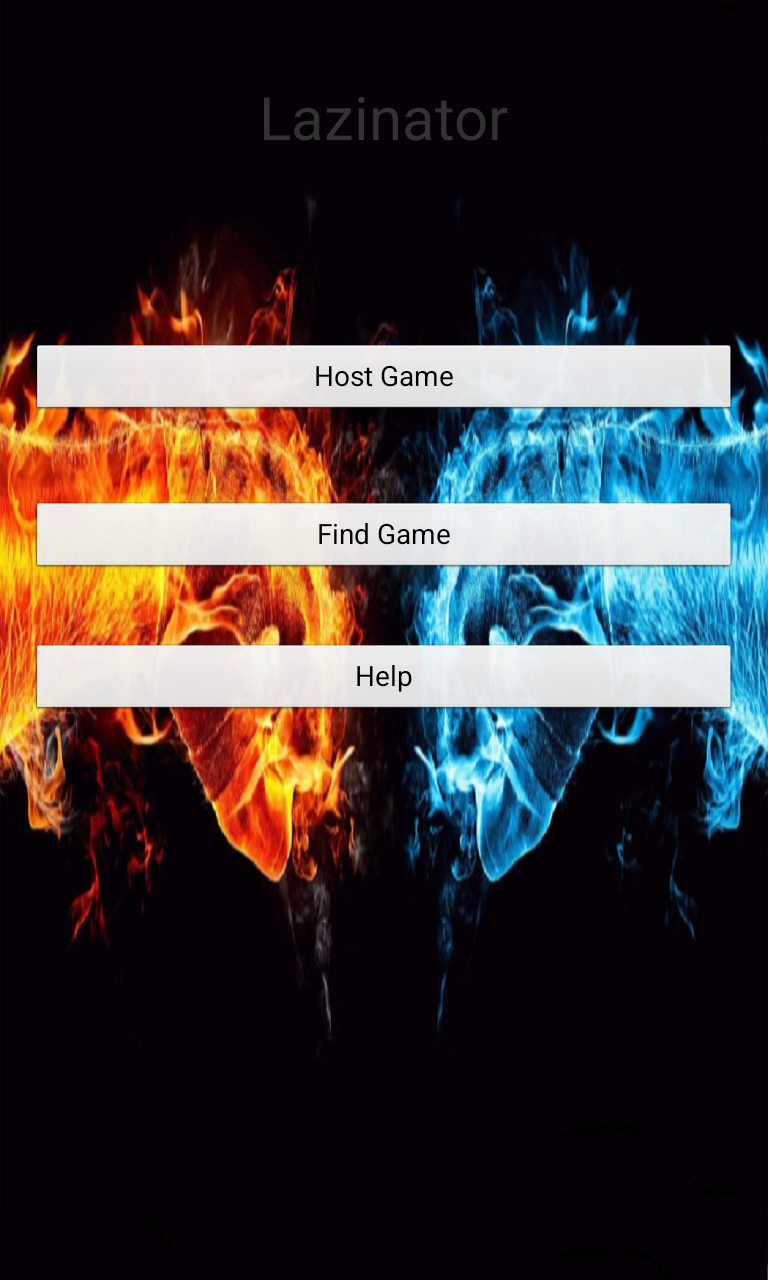
Repository: mfischetti/LaserAppRepository
Layout: workspace/Laser/res/layout/activity_main.xml
The author's editor kept a copy of each file at every save. The layout is drawn from the files as they stood at one save, then again after the next save.
It is drawn on a 768 x 1280 px phone screen (xhdpi) without system bars, with theme AppTheme; the app's code is not run.

Above is the layout before, as saved 2013-10-01 04:08:19.

### workspace/Laser/res/layout/activity_main.xml
<RelativeLayout xmlns:android="http://schemas.android.com/apk/res/android"
    xmlns:tools="http://schemas.android.com/tools"
    android:layout_width="wrap_content"
    android:layout_height="wrap_content"
    android:background="@drawable/homescreenbackground"
    android:paddingBottom="@dimen/activity_vertical_margin"
    android:paddingLeft="@dimen/activity_horizontal_margin"
    android:paddingRight="@dimen/activity_horizontal_margin"
    android:paddingTop="@dimen/activity_vertical_margin"
    tools:context=".MainActivity" >

    <Button
        android:id="@+id/find"
        style="?android:attr/buttonStyleSmall"
        android:layout_width="match_parent"
        android:layout_height="wrap_content"
        android:layout_alignLeft="@+id/host"
        android:layout_below="@+id/host"
        android:layout_marginTop="43dp"
        android:text="Find Game" />

    <Button
        android:id="@+id/host"
        style="?android:attr/buttonStyleSmall"
        android:layout_width="match_parent"
        android:layout_height="wrap_content"
        android:layout_alignParentTop="true"
        android:layout_centerHorizontal="true"
        android:layout_marginTop="156dp"
        android:text="Host Game" />

    <TextView
        android:id="@+id/title"
        android:layout_width="wrap_content"
        android:layout_height="wrap_content"
        android:layout_alignParentTop="true"
        android:layout_centerHorizontal="true"
        android:layout_marginTop="22dp"
        android:text="Lazinator"
        android:textSize="30sp" />

    <Button
        android:id="@+id/help"
        style="?android:attr/buttonStyleSmall"
        android:layout_width="match_parent"
        android:layout_height="wrap_content"
        android:layout_alignLeft="@+id/find"
        android:layout_below="@+id/find"
        android:layout_marginTop="35dp"
        android:text="Help" />

</RelativeLayout>

Loaded but not shown: workspace/Laser/res/values/styles.xml (common file); workspace/Laser/res/values/dimens.xml (common file)

After the next save:
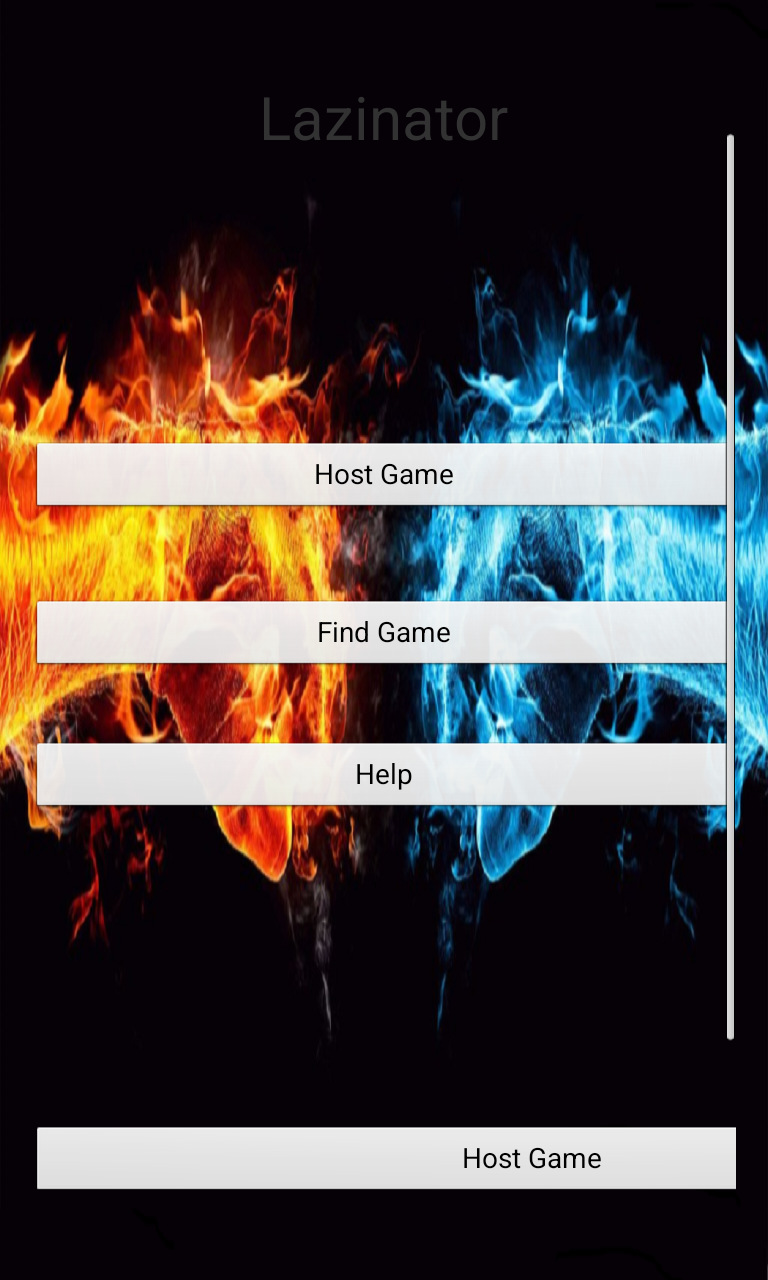
Saved 6 min 28 s later.
--- a/workspace/Laser/res/layout/activity_main.xml
+++ b/workspace/Laser/res/layout/activity_main.xml
@@ -1,6 +1,6 @@
 <RelativeLayout xmlns:android="http://schemas.android.com/apk/res/android"
     xmlns:tools="http://schemas.android.com/tools"
-    android:layout_width="wrap_content"
+    android:layout_width="match_parent"
     android:layout_height="wrap_content"
     android:background="@drawable/homescreenbackground"
     android:paddingBottom="@dimen/activity_vertical_margin"
@@ -8,26 +8,6 @@
     android:paddingRight="@dimen/activity_horizontal_margin"
     android:paddingTop="@dimen/activity_vertical_margin"
     tools:context=".MainActivity" >
-
-    <Button
-        android:id="@+id/find"
-        style="?android:attr/buttonStyleSmall"
-        android:layout_width="match_parent"
-        android:layout_height="wrap_content"
-        android:layout_alignLeft="@+id/host"
-        android:layout_below="@+id/host"
-        android:layout_marginTop="43dp"
-        android:text="Find Game" />
-
-    <Button
-        android:id="@+id/host"
-        style="?android:attr/buttonStyleSmall"
-        android:layout_width="match_parent"
-        android:layout_height="wrap_content"
-        android:layout_alignParentTop="true"
-        android:layout_centerHorizontal="true"
-        android:layout_marginTop="156dp"
-        android:text="Host Game" />
 
     <TextView
         android:id="@+id/title"
@@ -39,14 +19,81 @@
         android:text="Lazinator"
         android:textSize="30sp" />
 
-    <Button
-        android:id="@+id/help"
-        style="?android:attr/buttonStyleSmall"
-        android:layout_width="match_parent"
+    <ScrollView
+        android:id="@+id/scrollView1"
+        android:layout_width="wrap_content"
         android:layout_height="wrap_content"
-        android:layout_alignLeft="@+id/find"
-        android:layout_below="@+id/find"
-        android:layout_marginTop="35dp"
-        android:text="Help" />
+        android:layout_alignTop="@+id/title"
+        android:layout_centerHorizontal="true"
+        android:layout_marginTop="27dp" >
+
+        <LinearLayout
+            android:layout_width="match_parent"
+            android:layout_height="match_parent"
+            android:orientation="vertical" >
+
+            <LinearLayout
+                android:id="@+id/linearLayout1"
+                android:layout_width="match_parent"
+                android:layout_height="wrap_content"
+                android:orientation="vertical" >
+
+                <Button
+                    android:id="@+id/host"
+                    style="?android:attr/buttonStyleSmall"
+                    android:layout_width="match_parent"
+                    android:layout_height="wrap_content"
+                    android:layout_marginTop="156dp"
+                    android:text="Host Game" />
+
+                <Button
+                    android:id="@+id/find"
+                    style="?android:attr/buttonStyleSmall"
+                    android:layout_width="match_parent"
+                    android:layout_height="wrap_content"
+                    android:layout_marginTop="43dp"
+                    android:text="Find Game" />
+
+                <Button
+                    android:id="@+id/help"
+                    style="?android:attr/buttonStyleSmall"
+                    android:layout_width="match_parent"
+                    android:layout_height="wrap_content"
+                    android:layout_marginTop="35dp"
+                    android:text="Help" />
+            </LinearLayout>
+
+            <LinearLayout
+                android:id="@+id/linearLayout1"
+                android:layout_width="500dp"
+                android:layout_height="wrap_content"
+                android:orientation="vertical" >
+
+                <Button
+                    android:id="@+id/host"
+                    style="?android:attr/buttonStyleSmall"
+                    android:layout_width="match_parent"
+                    android:layout_height="wrap_content"
+                    android:layout_marginTop="156dp"
+                    android:text="Host Game" />
+
+                <Button
+                    android:id="@+id/find"
+                    style="?android:attr/buttonStyleSmall"
+                    android:layout_width="match_parent"
+                    android:layout_height="wrap_content"
+                    android:layout_marginTop="43dp"
+                    android:text="Find Game" />
+
+                <Button
+                    android:id="@+id/help"
+                    style="?android:attr/buttonStyleSmall"
+                    android:layout_width="match_parent"
+                    android:layout_height="wrap_content"
+                    android:layout_marginTop="35dp"
+                    android:text="Help" />
+            </LinearLayout>
+        </LinearLayout>
+    </ScrollView>
 
 </RelativeLayout>
